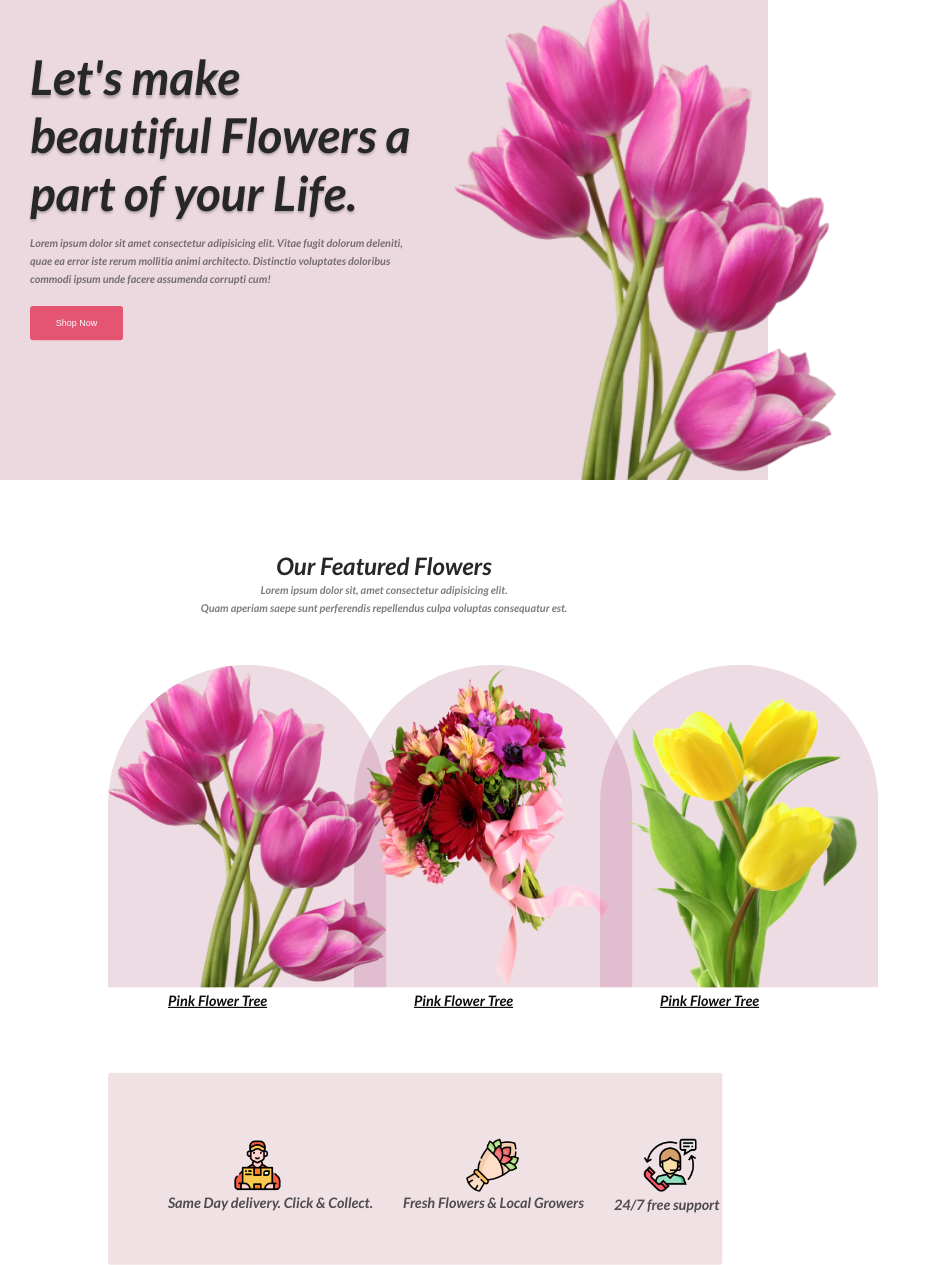
Repository: AnitaAkter/anita-flower-shop
Page: index.html
An editor plug-in stored every save of this project. The page is shown before and after a run of saves, followed by the edit.
The browser window is 1280 px wide. The page is 1464 px wide, then 1564 px, so the pictures cover 1564 px, including what lies to the right of the window. The pictures show the whole page, at 60% of full size.

Above is the page before, as saved 2023-09-05 22:29:07.

### index.html
<!DOCTYPE html>
<html lang="en">

<head>
    <meta charset="UTF-8">
    <meta http-equiv="X-UA-Compatible" content="IE=edge">
    <meta name="viewport" content="width=device-width, initial-scale=1.0">
    <title>Anita's Flower Shop</title>
    <link rel="preconnect" href="https://fonts.googleapis.com">
    <link rel="preconnect" href="https://fonts.gstatic.com" crossorigin>
    <link href="https://fonts.googleapis.com/css2?family=Lato:ital,wght@1,700&display=swap" rel="stylesheet">
    <link rel="stylesheet" href="style.css">
</head>

<body>
    <div>
        <!-- /* Header -section start */ -->
        <header>
            <div class="header-intro">
                <h1>Let's make <br> beautiful Flowers a <br>part of your Life.</h1>
                <div class="header-p">
                    <p>Lorem ipsum dolor sit amet consectetur adipisicing elit. Vitae fugit dolorum deleniti, quae ea
                        error
                        iste rerum mollitia animi architecto. Distinctio voluptates doloribus commodi ipsum unde facere
                        assumenda corrupti cum!</p>
                </div>
                <button class="header-btn">Shop Now</button>
            </div>
            <div class="header-pic">
                <img src="images/pngwing 6.png" alt="">
            </div>
        </header>
        <!-- /* Header -section end */ -->
        <main>
            <div class="flowers-info">
                <h3>Our Featured Flowers</h3>
                <p>Lorem ipsum dolor sit, amet consectetur adipisicing elit. <br>
                    Quam aperiam saepe sunt perferendis repellendus culpa voluptas consequatur est.
                </p>
            </div>
            <div class="flowers-add">
                <div class="flowers-img">
                    <div class="flowers">
                        <img src="images/pngwing 6.png" alt="">
                        <p> <u>Pink Flower Tree</u> </p>
                    </div>
                    <div class="flowers">
                        <img src="images/pngwing 5.png" alt="">
                        <p><u>Pink Flower Tree</u></p>
                    </div>
                    <div class="flowers">
                        <img src="images/pngwing 7.png" alt="">
                        <p><u>Pink Flower Tree</u></p>
                    </div>

                </div>
            </div>






            <!-- Delivery section start -->
            <div class="delivery">
                <div class="delivery-img">
                    <div class="d-img">
                        <img src="images/Group 57.png" alt="">
                        <p>Same Day delivery. Click & Collect.</p>
                    </div>
                    <div class="d-img">
                        <img src="images/Group 58.png" alt="">
                        <p>Fresh Flowers & Local Growers</p>
                    </div>
                    <div>
                        <img src="images/Group 59.png" alt="">
                        <p>24/7 free support</p>
                    </div>
                </div>
            </div>
            <!-- Delivery section start -->
        </main>

    </div>
</body>

</html>

### style.css
/* Header -section start */

* {
    margin: 0;
    padding: 0;
    box-sizing: border-box;
}

body {
    font-family: 'Lato', sans-serif;
    font-weight: 900;
    width: 100%;
}

header {
    display: flex;
    background-color: hsl(342, 34%, 89%);
    width: 100%;
    height: 800px;
}

.header-intro {
    margin-top: 80px;
    margin-left: 50px;
    width: 708px;
    height: 506px;


}

.header-intro h1 {
    color: #272727;
    text-shadow: 0px 4px 4px rgba(0, 0, 0, 0.25);
    font-family: Lato;
    font-size: 80px;
    font-style: normal;
    font-weight: 800;
    line-height: normal;
    width: 708px;
    height: 310px;


}

.header-p {
    color: rgba(39, 39, 39, 0.60);
    font-family: Lato;
    font-size: 18px;
    font-style: normal;
    font-weight: 400;
    line-height: 30px;
    width: 634px;
    height: 120px;
    gap: 32px;



    /* 166.667% */
}

.header-btn {
    background-color: #E55473;
    border-radius: 5px;
    border: none;
    color: white;
    font-size: 15px;
    display: inline-flex;
    padding: 20px 43px;
    align-items: flex-start;
    gap: 10px;

}

.header-pic {
    width: 635px;
    height: 800px;
    margin-bottom: 0%;
    margin-right: auto;

}


.header-pic img {
    width: 635px;
    height: 800px;
    margin-bottom: 0%;
}

/* Header -section end */


/* flowers info styles */
.flowers-info {
    margin-top: 120px;
}

.flowers-info h3 {
    color: #272727;
    text-align: center;
    font-family: Lato;
    font-size: 40px;
    font-style: normal;
    font-weight: 800;
    line-height: normal;
}

.flowers-info p {
    color: rgba(39, 39, 39, 0.60);
    text-align: center;
    font-family: Lato;
    font-size: 18px;
    font-style: normal;
    font-weight: 400;
    line-height: 30px;
    /* 166.667% */
}


.flowers-add {
    margin-top: 80px;
    align-items: center;
    margin-bottom: 200px;
    margin-left: 180px;
    margin-right: 60px;
    width: 80%;
    height: 480px;



}

.flowers-img {
    display: flex;
    align-items: center;
    gap: 100px;
    width: 100%;


}

.flowers-img img {
    width: 464px;
    height: 538px;
    display: inline-flex;
    background-image: url('/images/Rectangle\ 3\ \(1\).png');
    align-content: center;
    border-radius: 300px 300px 0px 0px;
    background: rgba(139, 24, 81, 0.15);

}

.flowers-img p {
    color: rgba(0, 0, 0, 0.951);

    font-family: Lato;
    font-size: 24px;
    font-style: normal;
    font-weight: 600;
    line-height: 35px;
    margin-left: 100px;
}

.flowers {

    width: 310px;
    height: 428px;


}





/* delivery section start */
.delivery {
    margin-top: 100px;
    margin-left: 180px;
    margin-right: 140px;
    background-color: #efe1e4;
    display: flex;
    width: 80%;
    height: 320px;
    border-radius: 5px;
    padding: 30px;
}

.delivery-img p {
    color: rgba(39, 39, 39, 0.80);

    font-family: Lato;
    font-size: 24px;
    font-style: normal;
    font-weight: 600;
    line-height: 35px;
    margin-left: -50px;


}

.delivery-img {
    display: inline-flex;
    margin-top: 80px;
    margin-left: 120px;
    gap: 100px;
    height: 30px;
    align-content: center;
    position: absolute;

}

.d-img img {
    display: grid;
    justify-content: center;
    margin-left: 55px;

}

After the next 3 saves:
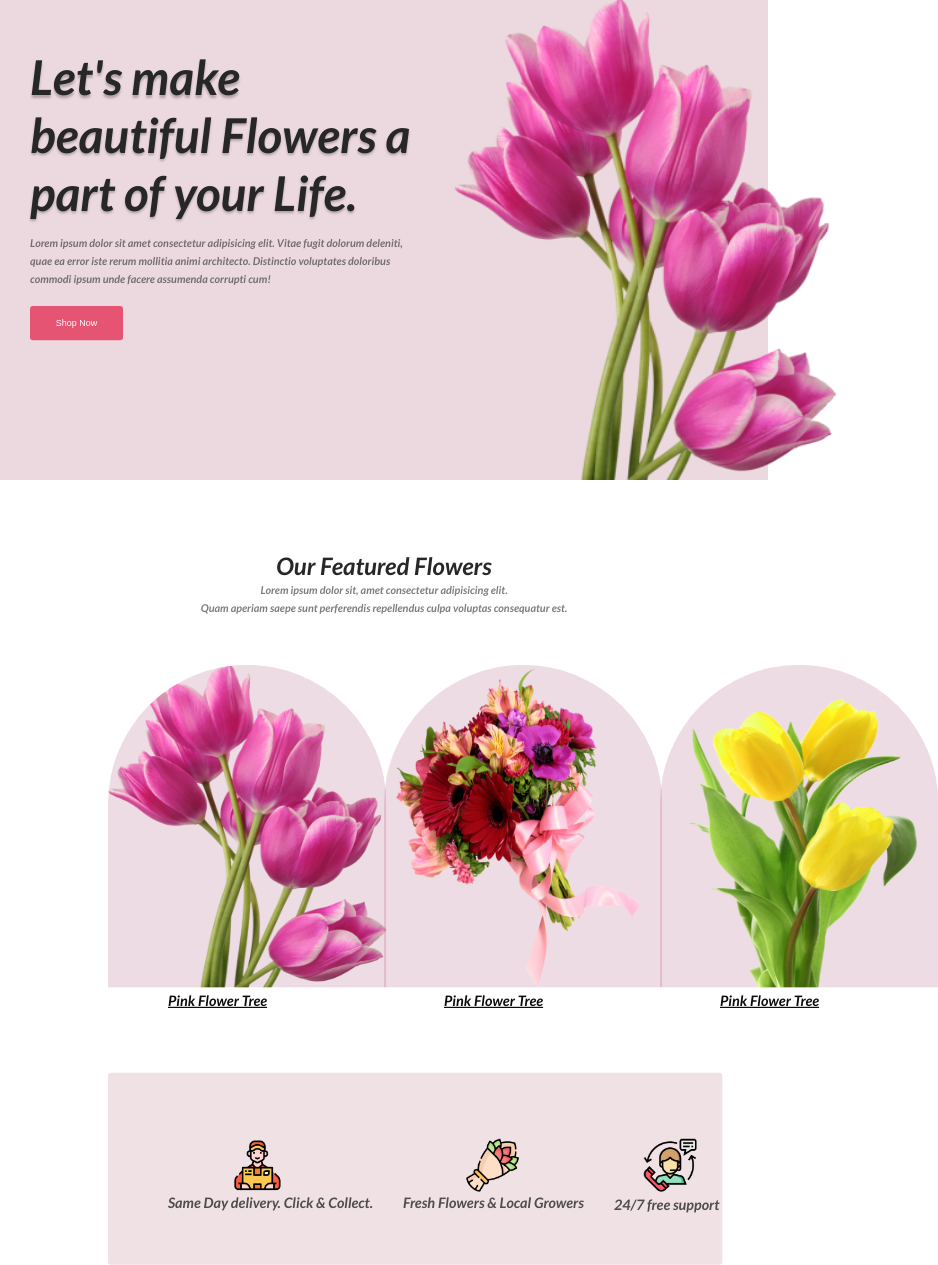
The 3 saves are shown as one change because they came seconds apart.
The last was saved 12 s later.
--- a/style.css
+++ b/style.css
@@ -132,8 +132,8 @@ header {
 .flowers-img {
     display: flex;
     align-items: center;
-    gap: 100px;
-    width: 100%;
+    gap: 150px;
+
 
 
 }
